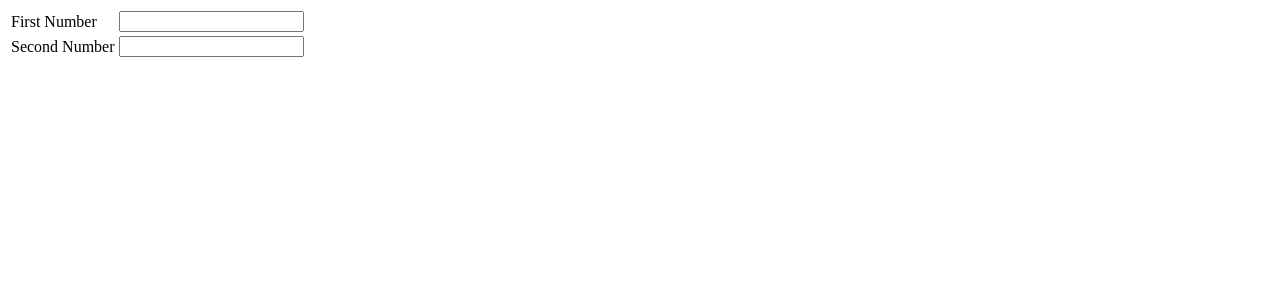
Repository: babududekula/Spring-Course-4.X-Version
Page: http://localhost/Jsp/classA.jsp
The author's editor kept a copy of each file at every save. The page is drawn from the files as they stood at one save, then again after the next save.
The browser window is 1280 px wide. The pictures show the whole page.
The page is served by Tomcat 9.

Above is the page before, as saved 2023-02-06 16:45:06.

After the next save:
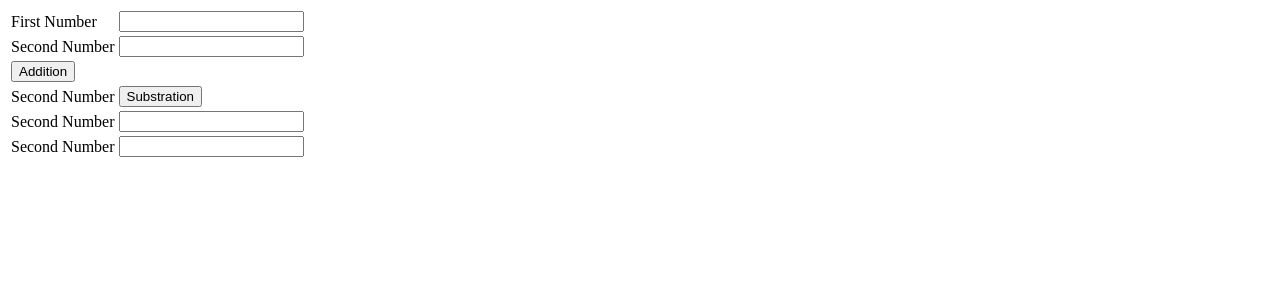
Saved 92 s later.
--- a/Maven Projects/Jsp/src/main/webapp/classA.jsp
+++ b/Maven Projects/Jsp/src/main/webapp/classA.jsp
@@ -18,6 +18,21 @@
 	<td>Second Number</td>
 	<td><input type="text" name="second"/></td>
 </tr>
+<tr>
+	<td><input type="submit" name="operation" value="Addition"/></td>
+</tr>
+<tr>
+	<td>Second Number</td>
+	<td><input type="submit" name="operation" value="Substration"/></td>
+</tr>
+<tr>
+	<td>Second Number</td>
+	<td><input type="text" name="second"/></td>
+</tr>
+<tr>
+	<td>Second Number</td>
+	<td><input type="text" name="second"/></td>
+</tr>
 </table>
 
 </form>
